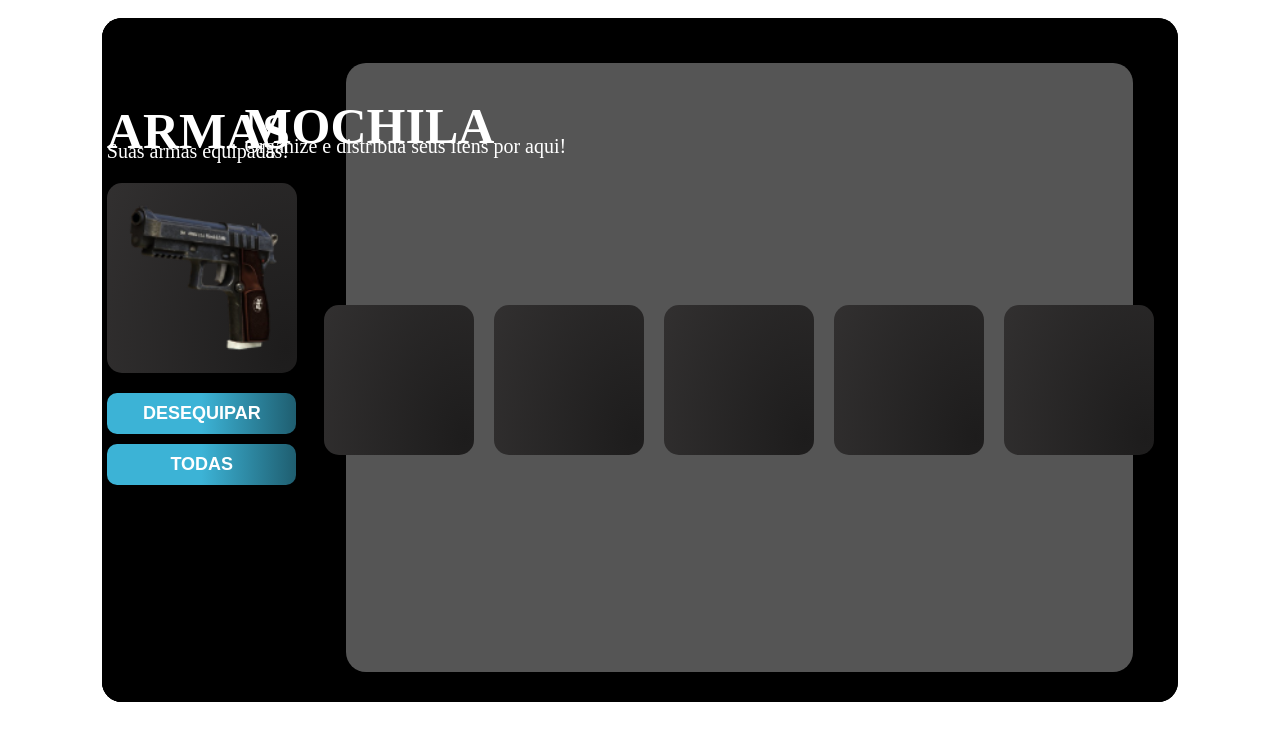
Repository: DuMCorrea/Mochila
Page: index.html
The author's editor kept a copy of each file at every save. The page is drawn from the files as they stood at one save, then again after the next save.
The browser window is 1280 px wide. The pictures show the whole page.
Some web fonts or font styles are not loaded; a fallback is used.

Above is the page before, as saved 2024-09-02 22:28:35.

### index.html
<!DOCTYPE html>
<html lang="pt-BR">
<head>
    <meta charset="UTF-8">
    <meta name="viewport" content="width=device-width, initial-scale=1.0">
    <link href="https://fonts.googleapis.com/css2?family=Baloo+Bhai+2&display=swap" rel="stylesheet">
    <title>Modelo de Tela</title>
    <link rel="stylesheet" href="styles.css">
</head>
<body>
    <div class="container">
        <div class="background-rectangle">
            <div class="left-div">
                <div class="content-left">
                    <h1>ARMAS</h1>
                    <p>Suas armas equipadas!</p>
                    <div class="image-container">
                        <img src="assets/ARMA.png" alt="Imagem" />
                    </div>
                    <button class="desequipar-btn">DESEQUIPAR</button>
                    <button class="todas">TODAS</button>
                </div>
            </div>
            <div class="right-div">
                <div class="content-right">
                    <h1>MOCHILA</h1>
                    <p>Organize e distribua seus itens por aqui!</p>
                    <div class="squares-container">
                        <div class="square"></div>
                        <div class="square"></div>
                        <div class="square"></div>
                        <div class="square"></div>
                        <div class="square"></div>
                    </div>
                </div>
            </div>
        </div>
    </div>
</body>
</html>

### styles.css
body, html {
    margin: 0;
    padding: 0;
    width: 100%;
    height: 100%;
    display: flex;
    justify-content: center;
    align-items: center;
    background-color: white; /* Fundo preto para o body */
    font-family: 'Baloo Bhai 2', cursive; /* Aplicando a fonte Baloo Bhai */
}

.container {
    width: 84%; /* Largura da div principal */
    height: 95%; /* Altura da div principal */
    display: flex;
    justify-content: center;
    align-items: center;
    background-color: #000000; /* Fundo preto para a div principal */
    border-radius: 20px; /* Canto arredondado */
    font-family: 'Baloo Bhai 2', cursive; /* Aplicando a fonte Baloo Bhai */
}

.background-rectangle {
    width: 100%;
    height: 100%;
    background: #000000; /* Fundo preto para o retângulo principal */
    border-radius: 20px; /* Cantos arredondados */
    display: flex;
}

.left-div {
    width: 22%; /* 25% da largura da tela */
    height: 100%;
    background-color: #000000; /* Fundo preto para a div esquerda */
    display: flex;
    justify-content: center;
    align-items: center;
    border-radius: 20px 0 0 20px; /* Canto arredondado à esquerda */
    font-family: 'Baloo Bhai 2', cursive; /* Aplicando a fonte Baloo Bhai */
}

.right-div {
    width: calc(75% - 20px); /* 73% da largura da tela menos a margem */
    height: calc(92% - 20px); /* 95% da altura menos a margem */
    background-color: #555555; /* Fundo cinza para a div direita */
    display: flex;
    justify-content: center;
    align-items: center;
    margin: 45px; /* Margem em torno da div da direita */
    border-radius: 20px; /* Cantos arredondados */
    font-family: 'Baloo Bhai 2', cursive; /* Aplicando a fonte Baloo Bhai */
}


/* DIV DA ESQUERDA */

.content-left {
    text-align: justify; /* Justifica o texto */
    display: flex;
    flex-direction: column;
    justify-content: flex-start; /* Alinha os elementos ao topo da div */
    align-items: center; /* Centraliza horizontalmente */
    height: 100%; /* Ocupa toda a altura da div esquerda */
    padding-top: 100px; /* Adiciona um espaçamento do topo */
}

.left-div h1 {
    color: white; /* Cor branca para o título */
    font-size: 50px; /* Tamanho da fonte do título */
    margin-bottom: -20px; /* Espaçamento negativo para aproximar o parágrafo */
    font-weight: 900;
    width: 100%; /* Para garantir que a justificação funcione */
    text-align: justify; /* Justifica o texto do título */
}

.left-div p {
    color: white; /* Cor branca para a frase */
    font-size: 20px; /* Tamanho da fonte da frase */
    margin-top: 0; /* Remove a margem superior do parágrafo */
    width: 100%; /* Para garantir que a justificação funcione */
    text-align: justify; /* Justifica o texto da frase */
    font-weight: 100;
}

.image-container {
    width: 190px; /* Largura do quadrado */
    height: 190px; /* Altura do quadrado */
    background: radial-gradient(547.21% 823.76% at 94.51% 88.04%, #1D1C1C 0%, #837E7E 100%); /* Fundo com gradiente */
    border-radius: 15px; /* Borda arredondada */
    display: flex;
    justify-content: center;
    align-items: center;
    margin-top: 0px; /* Espaçamento acima da imagem */
}

.image-container img {
    width: 85%; /* Ajusta o tamanho da imagem para caber no container */
    height: 85%; /* Ajusta o tamanho da imagem para caber no container */
    border-radius: 15px; /* Borda arredondada da imagem para combinar com o container */
}

.desequipar-btn {
    margin-top: 20px; /* Espaçamento acima do botão */
    padding: 10px 20px; /* Espaçamento interno do botão */
    background: linear-gradient(90deg, #3CB3D6 49.9%, #1F5E70 100%); /* Fundo com gradiente */
    color: white; /* Cor do texto */
    font-size: 18px; /* Tamanho da fonte */
    font-weight: bold; /* Negrito no texto */
    border: none; /* Remove a borda padrão do botão */
    border-radius: 10px; /* Bordas arredondadas */
    cursor: pointer; /* Cursor de ponteiro ao passar o mouse */
    text-align: center; /* Centraliza o texto no botão */
    width: 189px; /* Largura do botão */
}

.todas {
    margin-top: 10px; /* Espaçamento acima do botão */
    padding: 10px 20px; /* Espaçamento interno do botão */
    background: linear-gradient(90deg, #3CB3D6 49.9%, #1F5E70 100%); /* Fundo com gradiente */
    color: white; /* Cor do texto */
    font-size: 18px; /* Tamanho da fonte */
    font-weight: bold; /* Negrito no texto */
    border: none; /* Remove a borda padrão do botão */
    border-radius: 10px; /* Bordas arredondadas */
    cursor: pointer; /* Cursor de ponteiro ao passar o mouse */
    text-align: center; /* Centraliza o texto no botão */
    width: 189px; /* Largura do botão */
}


/* DIV DA DIREITA */


.content-right {
    display: flex;
    flex-direction: column;
    justify-content: flex-start; /* Alinha os elementos ao topo da div */
    align-items: flex-start; /* Alinha os elementos à esquerda */
    height: 100%; /* Ocupa toda a altura da div direita */
    padding: 20px; /* Adiciona um espaçamento interno */
}

.right-div h1 {
    color: white; /* Cor branca para o título */
    font-size: 50px; /* Tamanho da fonte do título */
    margin-bottom: -20px; /* Espaçamento negativo para aproximar o parágrafo */
    font-weight: 900;
    width: 100%; /* Para garantir que a justificação funcione */
    text-align: left; /* Alinha o texto à esquerda */
    position: relative; /* Posicionamento relativo para o elemento abaixo */
    right: 70px;
}

.right-div p {
    color: white; /* Cor branca para a frase */
    font-size: 20px; /* Tamanho da fonte da frase */
    margin-top: 0; /* Remove a margem superior do parágrafo */
    width: 100%; /* Para garantir que a justificação funcione */
    text-align: left; /* Alinha o texto à esquerda */
    font-weight: 100;
    position: relative; /* Posicionamento relativo para o elemento abaixo */
    right: 70px;
}

.squares-container {
    display: flex; /* Exibe os quadrados em linha */
    justify-content: center; /* Centraliza os quadrados horizontalmente */
    align-items: center; /* Centraliza os quadrados verticalmente */
    margin-top: 50px; /* Espaçamento acima dos quadrados */
    width: 100%; /* Largura total para o contêiner */
    height: 50%; /* Altura do contêiner */
}

.square {
    width: 150px; /* Largura dos quadrados */
    height: 150px; /* Altura dos quadrados */
    background: radial-gradient(547.21% 823.76% at 94.51% 88.04%, #1D1C1C 0%, #837E7E 100%); /* Gradiente de fundo */
    border-radius: 15px; /* Bordas arredondadas */
    margin: 0 10px; /* Espaçamento entre os quadrados */
}

After the next save:
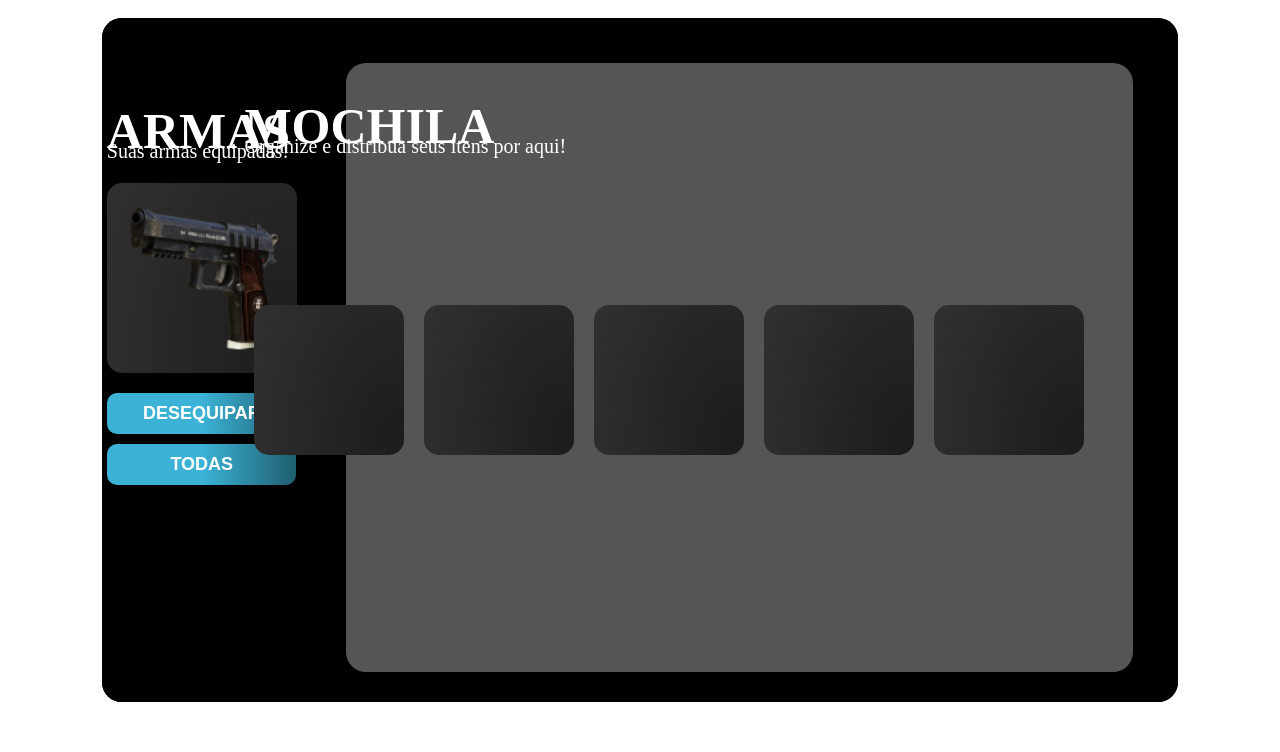
Saved 30 s later.
--- a/styles.css
+++ b/styles.css
@@ -170,6 +170,8 @@ body, html {
     margin-top: 50px; /* Espaçamento acima dos quadrados */
     width: 100%; /* Largura total para o contêiner */
     height: 50%; /* Altura do contêiner */
+    position: relative;
+    right: 70px;
 }
 
 .square {
